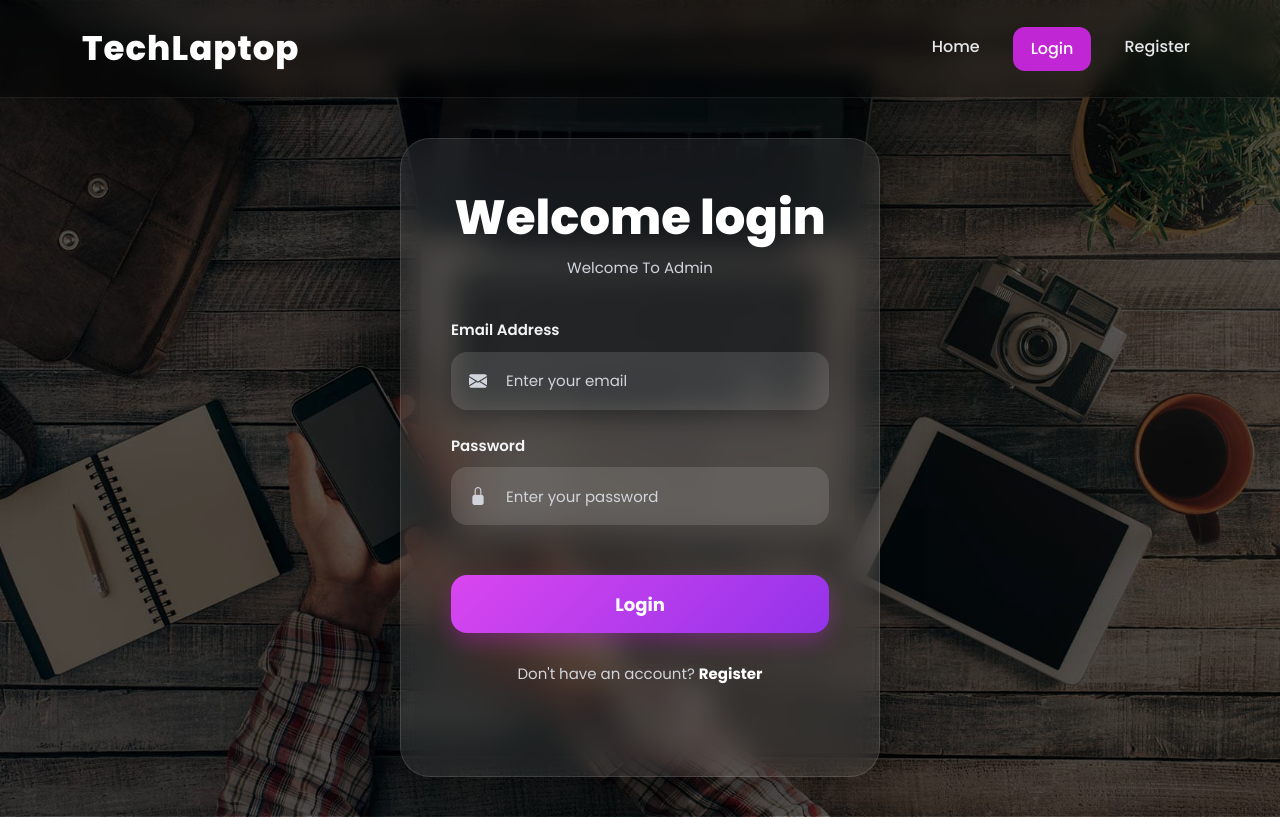
Repository: shiwamshete24-cmyk/eccomerce-laptop-website
Page: eccomerce laptop website/src/main/webapp/admin_login.html
The author's editor kept a copy of each file at every save. The page is drawn from the files as they stood at one save, then again after the next save.
The browser window is 1280 px wide. The pictures show the whole page.

Above is the page before, as saved 2026-05-27 15:21:28.

After the next save:
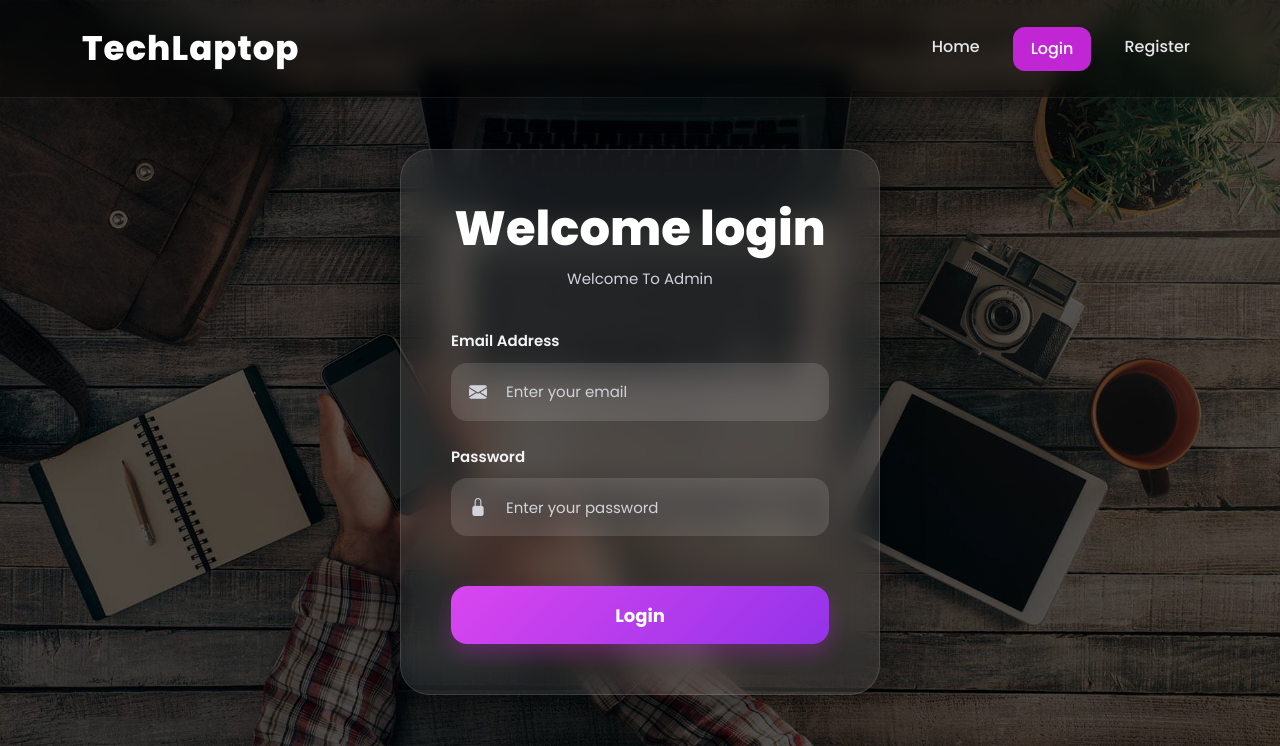
Saved 43 s later.
--- a/eccomerce laptop website/src/main/webapp/admin_login.html
+++ b/eccomerce laptop website/src/main/webapp/admin_login.html
@@ -227,19 +227,7 @@ body{
 
 			</button>
 
-			<!-- REGISTER -->
-
-			<p class="register-text">
-
-				Don't have an account?
-
-				<a href="register.html">
-
-					Register
-
-				</a>
-
-			</p>
+
 
 		</form>
 
